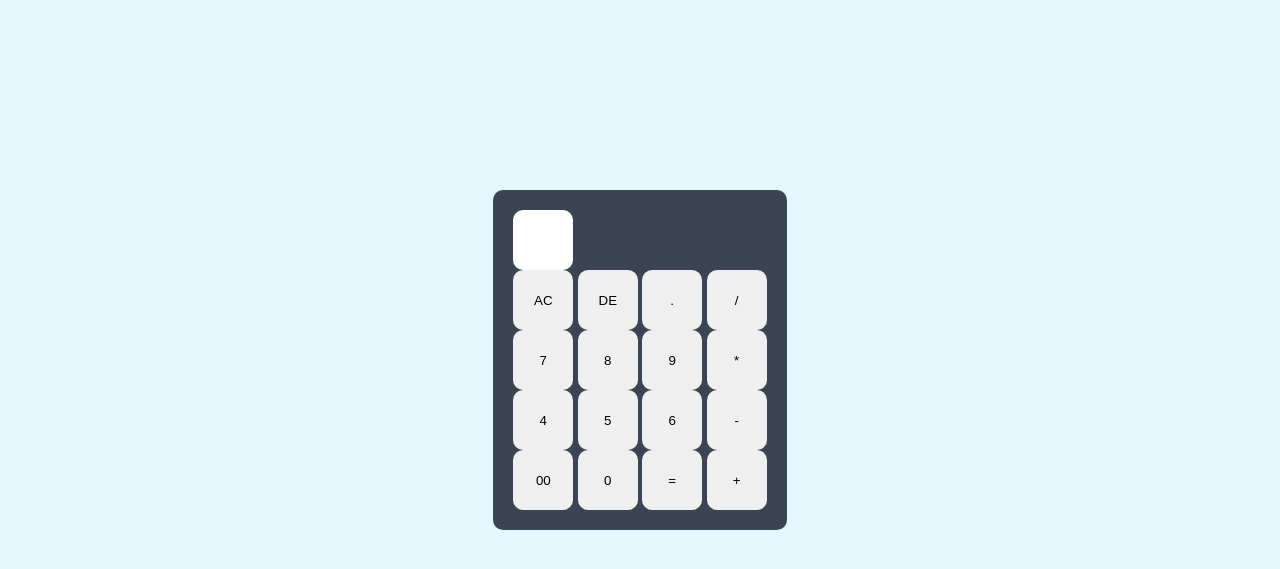
Repository: YAAMAR/calculator
Page: index.html
The author's editor kept a copy of each file at every save. The page is drawn from the files as they stood at one save, then again after a run of saves.
The browser window is 1280 px wide. The pictures show the whole page.

Above is the page before, as saved 2024-05-02 21:31:25.

After the next 8 saves:
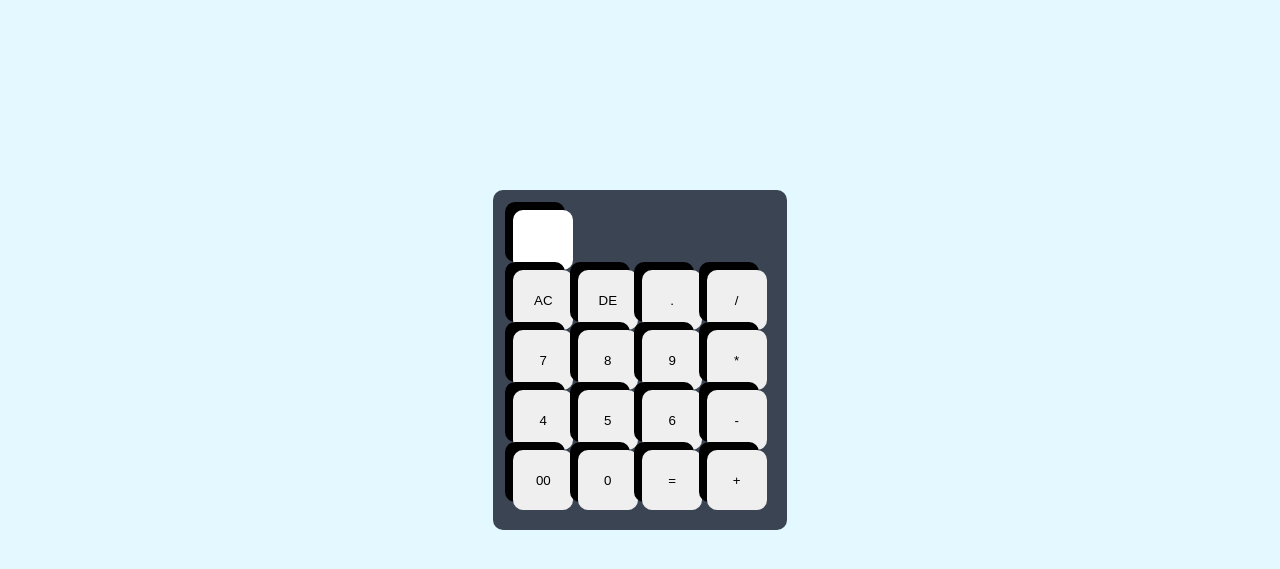
The 8 saves are shown as one change because they came seconds apart.
The last was saved 18 s later.
--- a/style.css
+++ b/style.css
@@ -23,5 +23,5 @@
     width: 60px;
     height: 60px;
     border-radius: 10px;
-    bo
+    box-shadow: -8px -8px;
 }

After the 4 saves that followed:
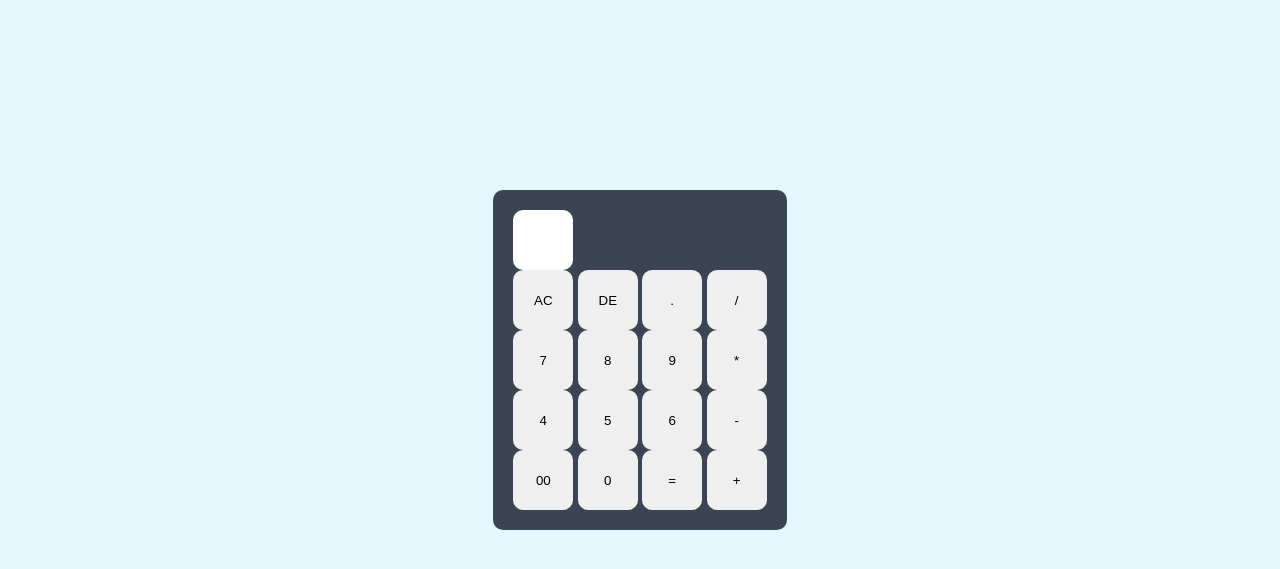
The 4 saves are shown as one change because 1 left the picture as it was and some came seconds apart.
The last was saved 15 s later.
--- a/style.css
+++ b/style.css
@@ -23,5 +23,5 @@
     width: 60px;
     height: 60px;
     border-radius: 10px;
-    box-shadow: -8px -8px;
+    box-shadow: -8px -8px 15px r;
 }
